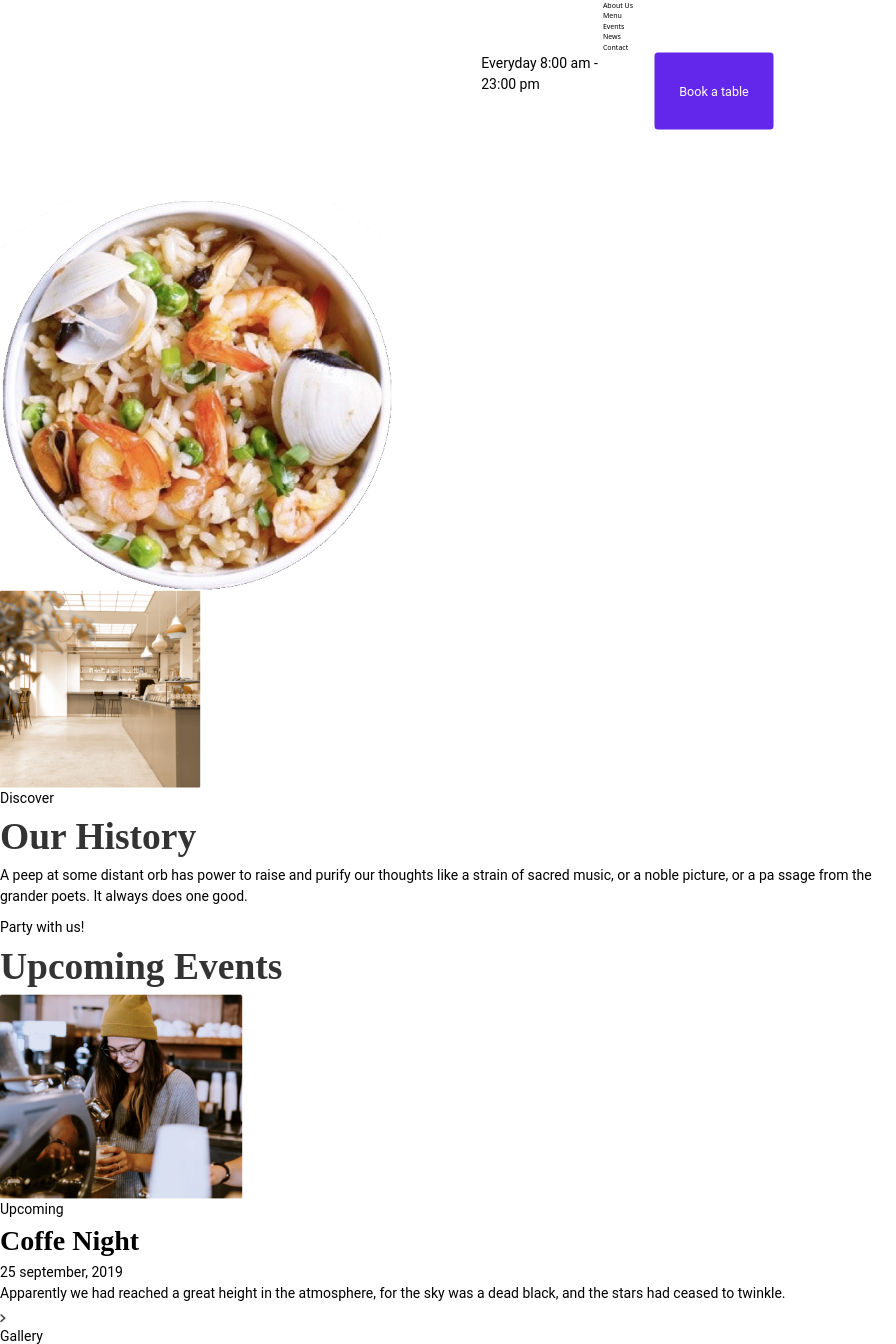
Repository: murilopellis-12/Tailwind-Prova
Page: index.html
These files come from the project's save history. The page is drawn as it stood at one moment and after the next save; the edit follows.
The browser window is 1280 px wide. The pictures show the part of the page from y = 0 to 1920 px (the page is 4670 px tall), at 70% of full size.

Above is the page before, as saved 2026-10-26 19:32:55.
Not found: style.css

After the next save:
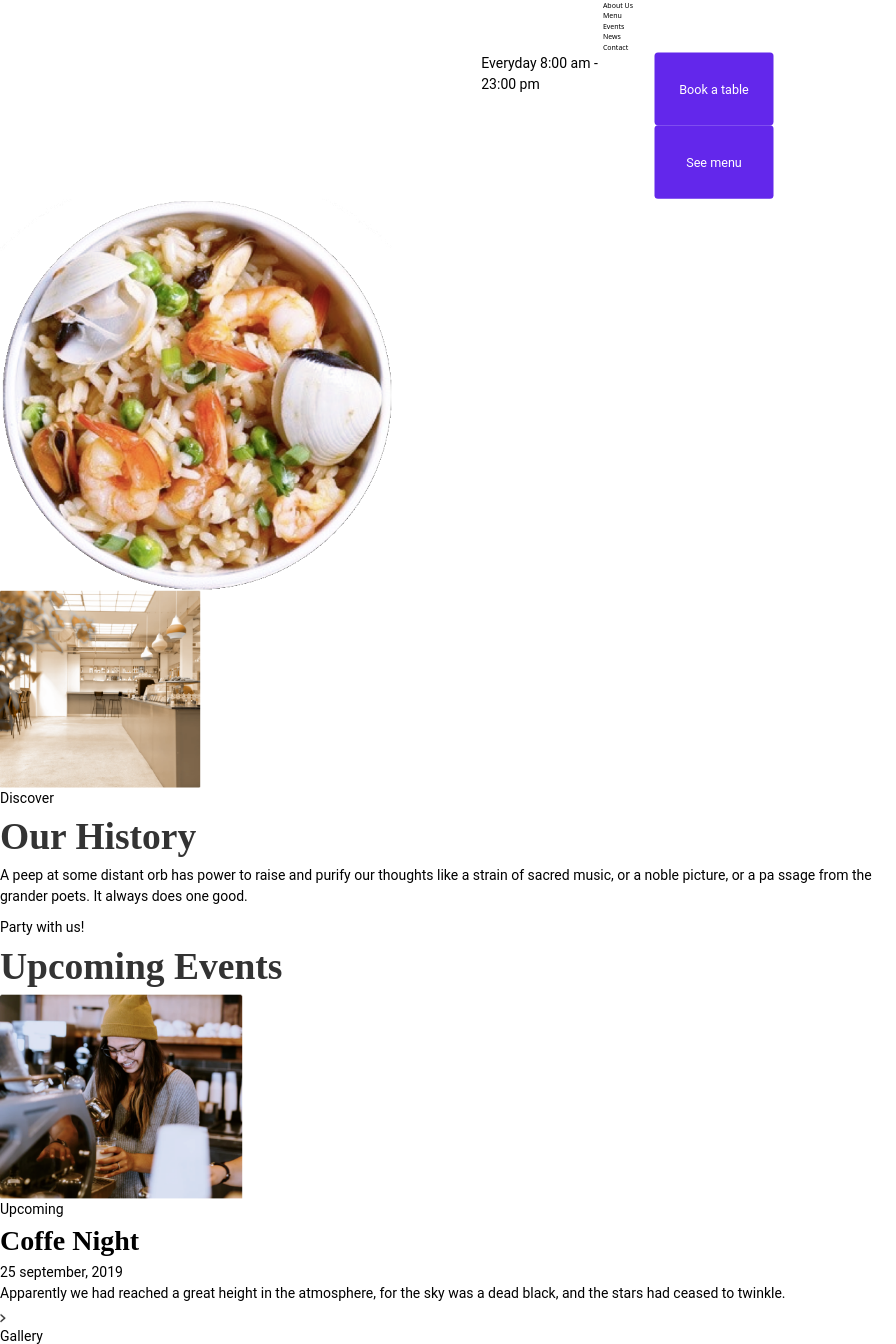
Saved 29 s later.
--- a/index.html
+++ b/index.html
@@ -133,7 +133,7 @@
             </button>
             <button
               aria-label="abre o menu"
-              class="botoes-hero-class "
+              class="botoes-hero-class p-[1.2rem 0] text-[var(--cor-terciaria)] text-[1.8rem] max-w-[170px] border-0 bg-[var(--complementar-roxo)]"
               id="botao-ver-menu"
             >
               See menu
